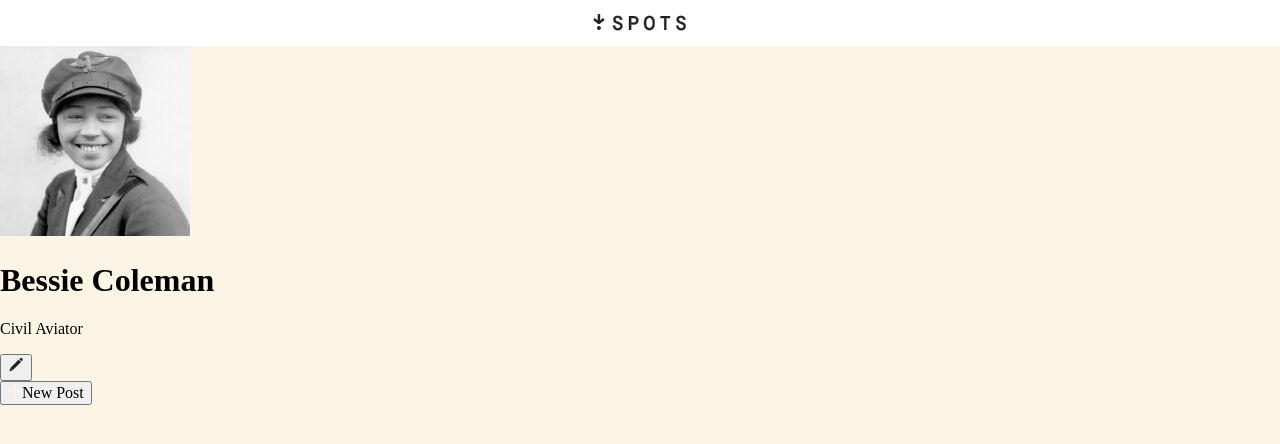
Repository: riffey55/se_project_spots
Page: index.html
These files come from the project's save history. The page is drawn as it stood at one moment and after the next save; the edit follows.
The browser window is 1280 px wide. The pictures show the whole page.

Above is the page before, as saved 2025-05-19 16:33:49.

### index.html
<!DOCTYPE html>
<html lang="en">
  <head>
    <meta charset="UTF-8" />
    <meta name="viewport" content="width=device-width, initial-scale=1.0" />
    <meta name="description" content="????" />
    <meta name="author" content="Beren Riffey" />
    <meta name="keywords" content="HTML, CSS. ??" />
    <link rel="stylesheet" href="./pages/index.css" />
    <link rel="icon" type="image/x-icon" href="favicon.ico" />
    <title>Spots</title>
  </head>
  <body>
    <div class="page">
      <header class="header">
        <img src="./images/Logo.svg" alt="Spot logo" class="header__logo" />
      </header>
      <main class="content">
        <section class="profile">
          <img
            src="./images/avatar.jpg"
            alt="Bessie Coleman avatar"
            class="profile__avatar"
          />
          <div class="profile__column">
            <h1 class="profile__name">Bessie Coleman</h1>
            <p class="profile__description">Civil Aviator</p>
            <button class="profile__edit-btn">
              <img src="./images/pencil.svg" alt="Pencil icon" class="" />
            </button>
          </div>
          <button class="profile__add-btn">
            <img src="./images/plus.svg" alt="Plus icon" class="" />New Post
          </button>
        </section>
      </main>
      <footer class="footer"></footer>
    </div>
  </body>
</html>

### pages/index.css
@import url(..vendor/normalize.css);
@import url(../blocks/header.css);
@import url(../blocks/page.css);

### blocks/page.css
.page {
  background-color: #fcf5e5;
  min-height: 100vh;
}

Loaded but not shown: vendor/normalize.css (library); blocks/header.css (common file)

After the next save:
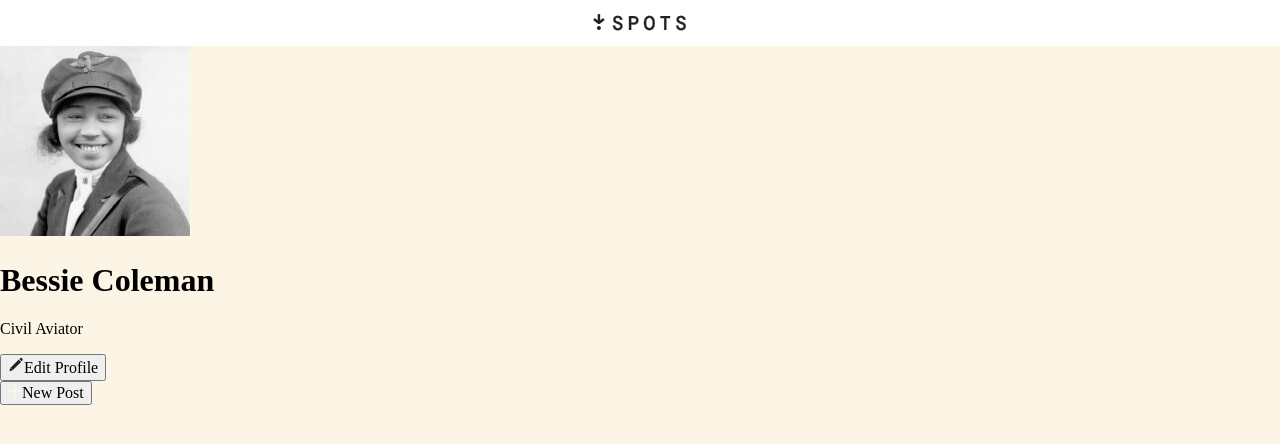
Saved 80 s later.
--- a/index.html
+++ b/index.html
@@ -26,7 +26,7 @@
             <h1 class="profile__name">Bessie Coleman</h1>
             <p class="profile__description">Civil Aviator</p>
             <button class="profile__edit-btn">
-              <img src="./images/pencil.svg" alt="Pencil icon" class="" />
+              <img src="./images/pencil.svg" alt="Pencil icon" />Edit Profile
             </button>
           </div>
           <button class="profile__add-btn">
